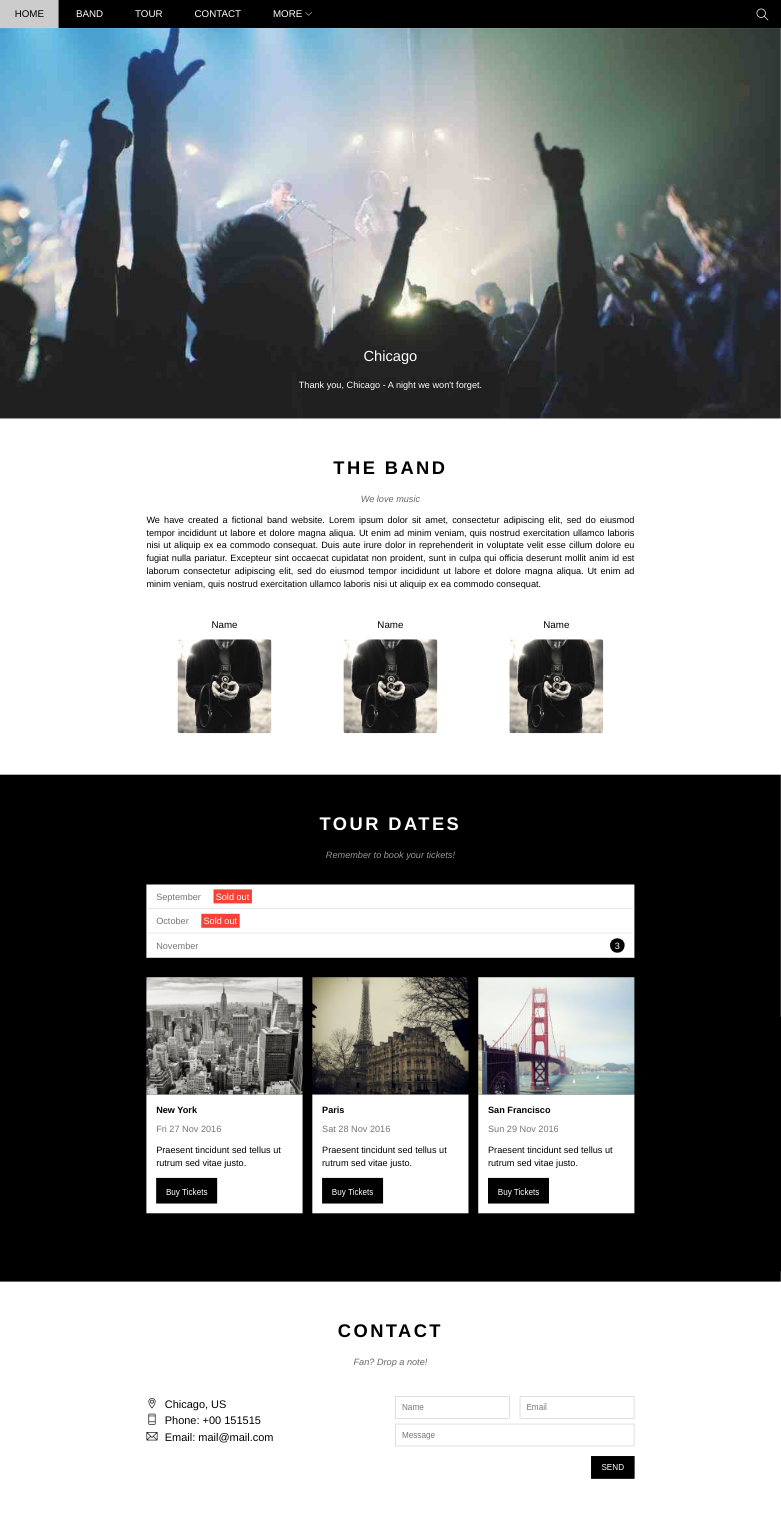
Repository: phongngotrong/w3school_reup
Page: index.html
The author's editor kept a copy of each file at every save. The page is drawn from the files as they stood at one save, then again after the next save.
The browser window is 1280 px wide. The pictures show the whole page, at 61% of full size.

Above is the page before, as saved 2021-12-24 09:33:33.

After the next save:
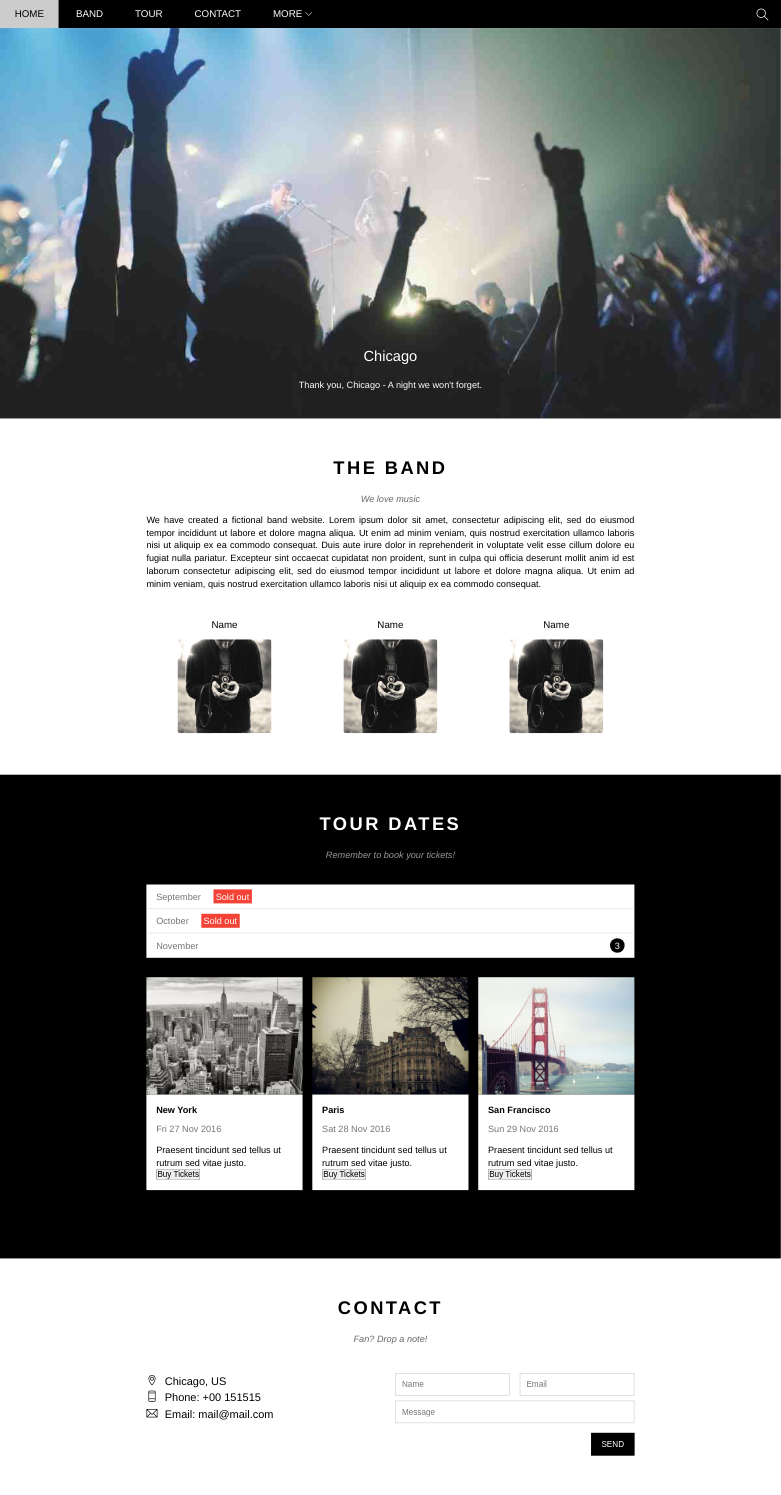
Saved 41 min 22 s later.
--- a/index.html
+++ b/index.html
@@ -127,7 +127,7 @@
                   <p class="place-description">
                     Praesent tincidunt sed tellus ut rutrum sed vitae justo.
                   </p>
-                  <button class="place-buy-btn js-buy-ticket">Buy Tickets</button>
+                  <button class="btn js-buy-ticket">Buy Tickets</button>
                 </div>
               </div>
               <!-- place2 -->
@@ -144,7 +144,7 @@
                   <p class="place-description">
                     Praesent tincidunt sed tellus ut rutrum sed vitae justo.
                   </p>
-                  <button class="place-buy-btn js-buy-ticket">Buy Tickets</button>
+                  <button class="btn js-buy-ticket">Buy Tickets</button>
                 </div>
               </div>
               <!-- place3 -->
@@ -161,7 +161,7 @@
                   <p class="place-description">
                     Praesent tincidunt sed tellus ut rutrum sed vitae justo.
                   </p>
-                  <button class="place-buy-btn js-buy-ticket">Buy Tickets</button>
+                  <button class="btn js-buy-ticket">Buy Tickets</button>
                 </div>
               </div>
               <!-- <div class="clear"></div> -->

After the save that followed:
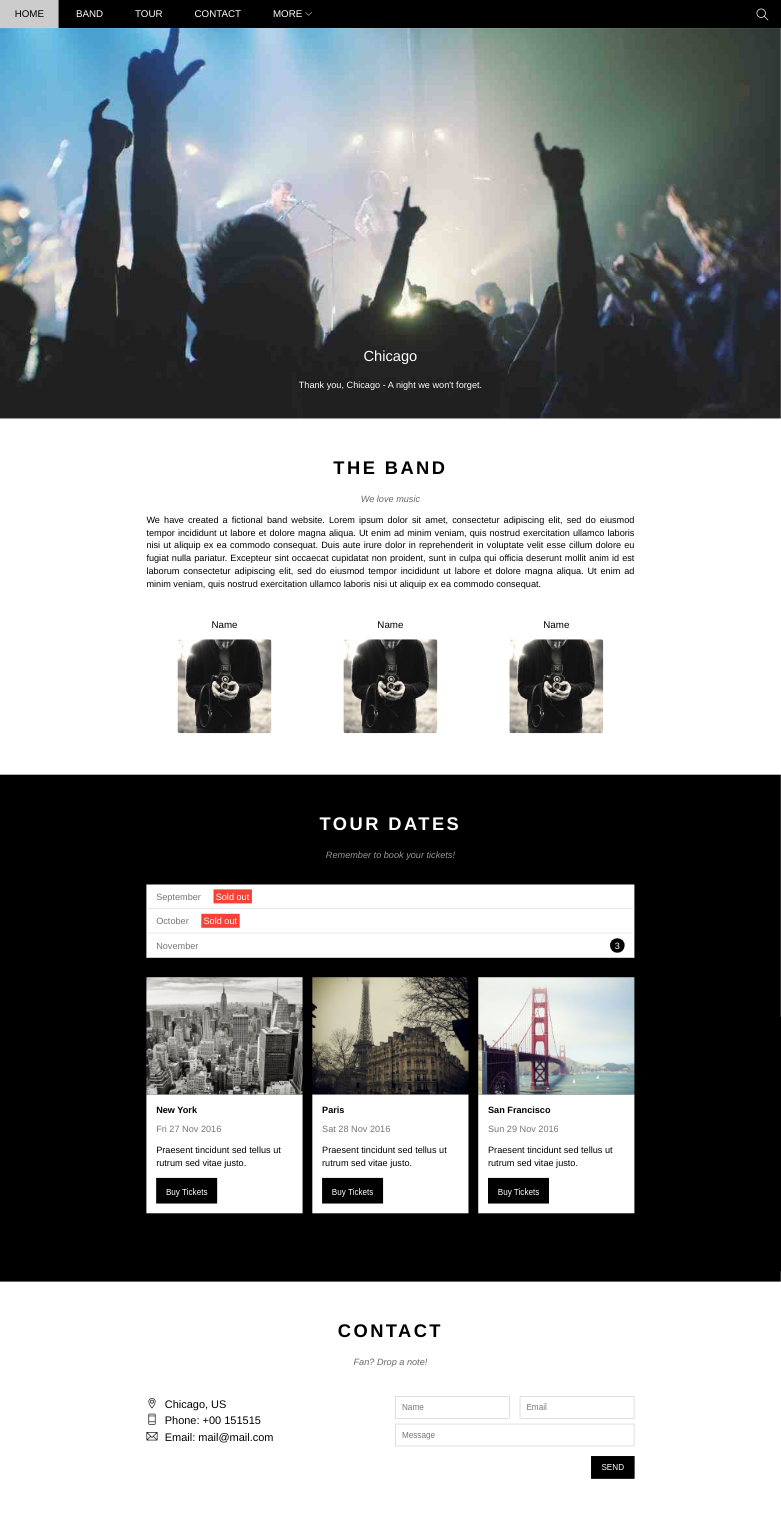
Saved 31 s later.
--- a/assets/css/style.css
+++ b/assets/css/style.css
@@ -56,6 +56,23 @@
 
 .col-third {
   width: 33.33333%;
+}
+
+.btn {
+  background-color: #000;
+  color: #fff;
+  text-decoration: none;
+  display: inline-block;
+  padding: 11px 16px;
+  margin-top: 15px;
+  padding-top: 16px;
+  cursor: pointer;
+  border: none;
+}
+
+.btn:hover {
+  background-color: #ccc;
+  color: #000;
 }
 
 .mt-8 {
@@ -319,23 +336,6 @@
 .place-description {
   padding-top: 15px;
   line-height: 1.4;
-}
-
-.place-buy-btn {
-  background-color: #000;
-  color: #fff;
-  text-decoration: none;
-  display: inline-block;
-  padding: 11px 16px;
-  margin-top: 15px;
-  padding-top: 16px;
-  cursor: pointer;
-  border: none;
-}
-
-.place-buy-btn:hover {
-  background-color: #ccc;
-  color: #000;
 }
 
 .modal {
